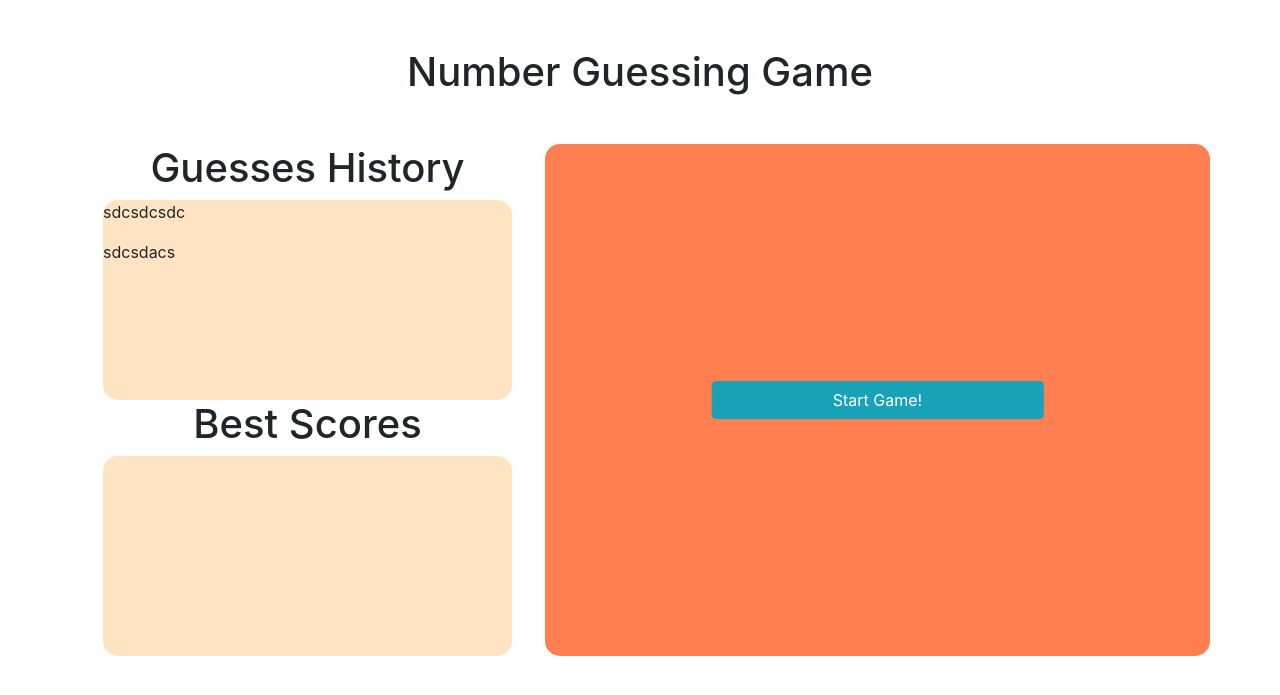
Repository: tts2610/NumberGuessingGame
Page: index.html
An editor plug-in stored every save of this project. The page is shown before and after the next save, followed by the edit.
The browser window is 1280 px wide. The pictures show the whole page.

Above is the page before, as saved 2020-05-13 14:12:40.

After the next save:
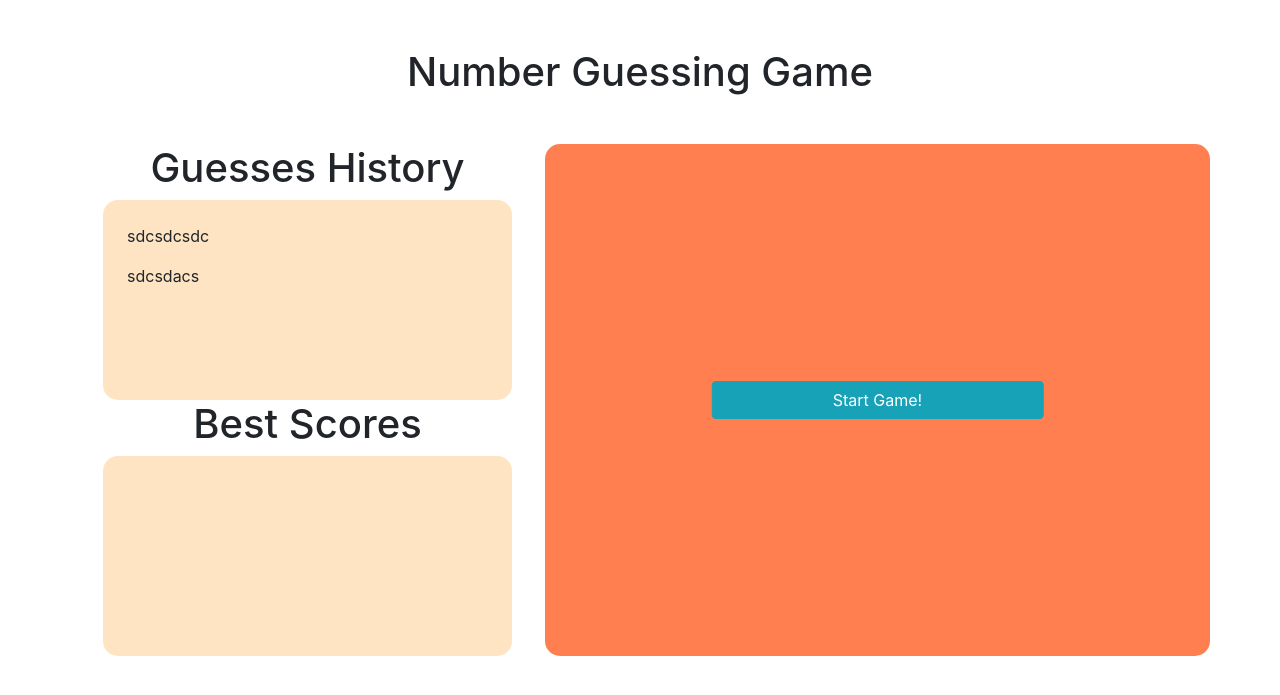
Saved 2 min 29 s later.
--- a/index.html
+++ b/index.html
@@ -26,7 +26,7 @@
         <div class="row">
             <div class="col-5 left_handSide px-5">
                 <h1 style="text-align: center;">Guesses History</h1>
-                <div class="row box-1">
+                <div class="row box-1 py-4 px-4">
                     <p>sdcsdcsdc</p>
                     <p>sdcsdacs</p>
                 </div>
